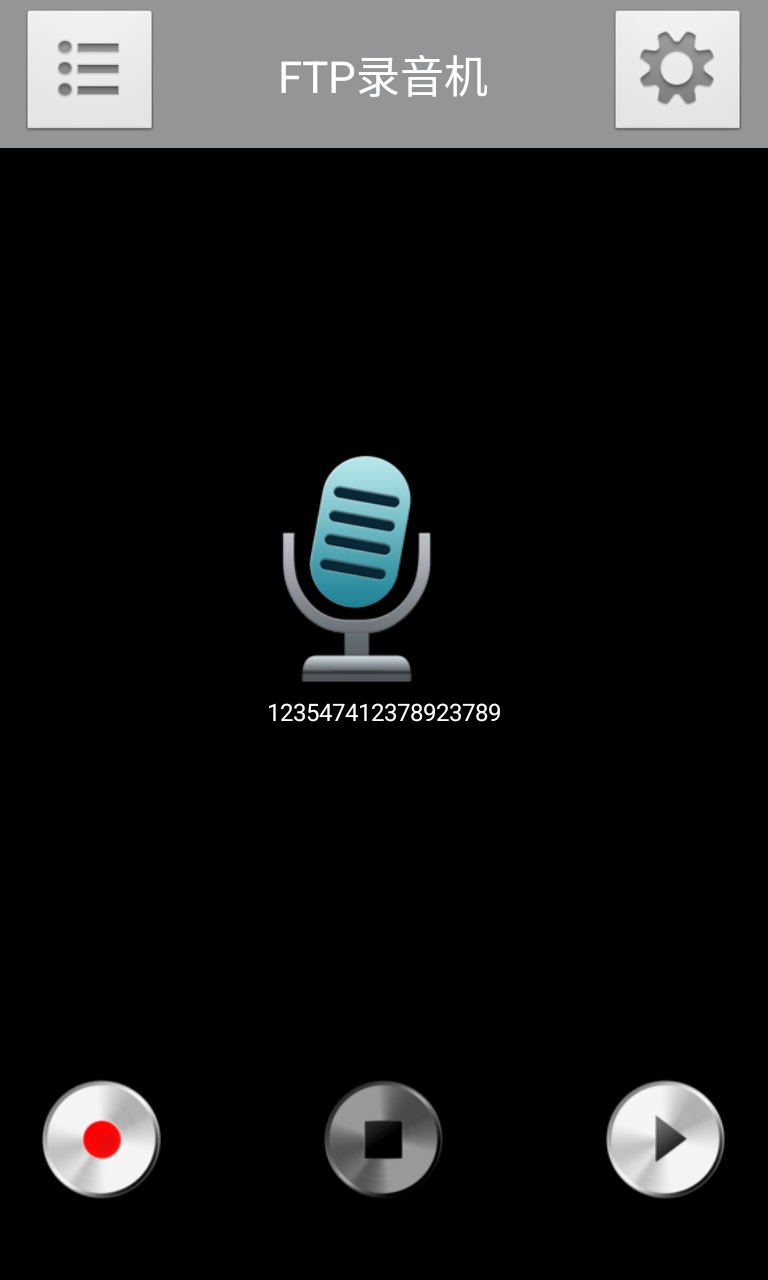
Repository: stone-jin/WAVRecoder
Layout: WAVRecoder2/res/layout/main.xml
The author's editor kept a copy of each file at every save. The layout is drawn from the files as they stood at one save, then again after the next save.
It is drawn on a 768 x 1280 px phone screen (xhdpi) without system bars, with theme Anim_style2; the app's code is not run.

Above is the layout before, as saved 2014-05-07 03:32:00.

After the next save:
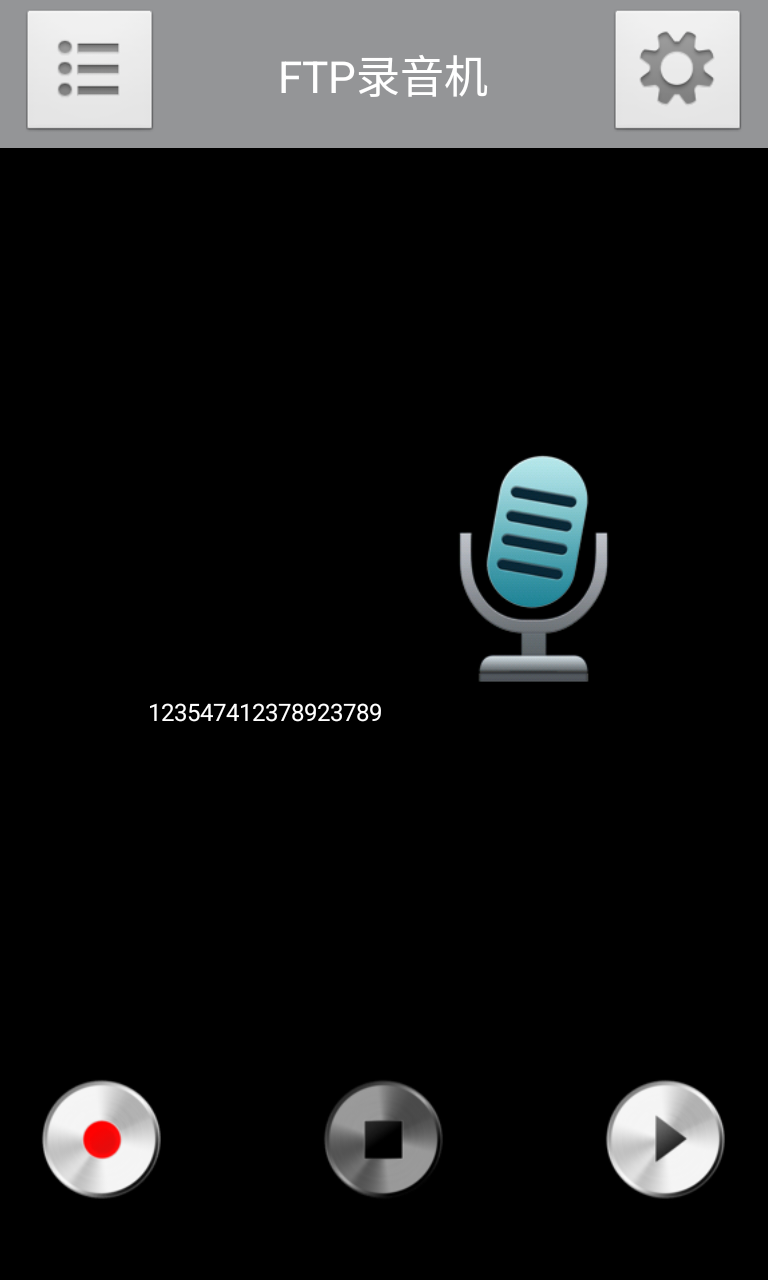
Saved 28 s later.
--- a/WAVRecoder2/res/layout/main.xml
+++ b/WAVRecoder2/res/layout/main.xml
@@ -18,6 +18,7 @@
 	        android:layout_width="wrap_content"
 	        android:layout_height="wrap_content"
 	        android:background="@drawable/icon"
+	        android:layout_centerInParent="true"
 	        />
 
 	    <TextView
